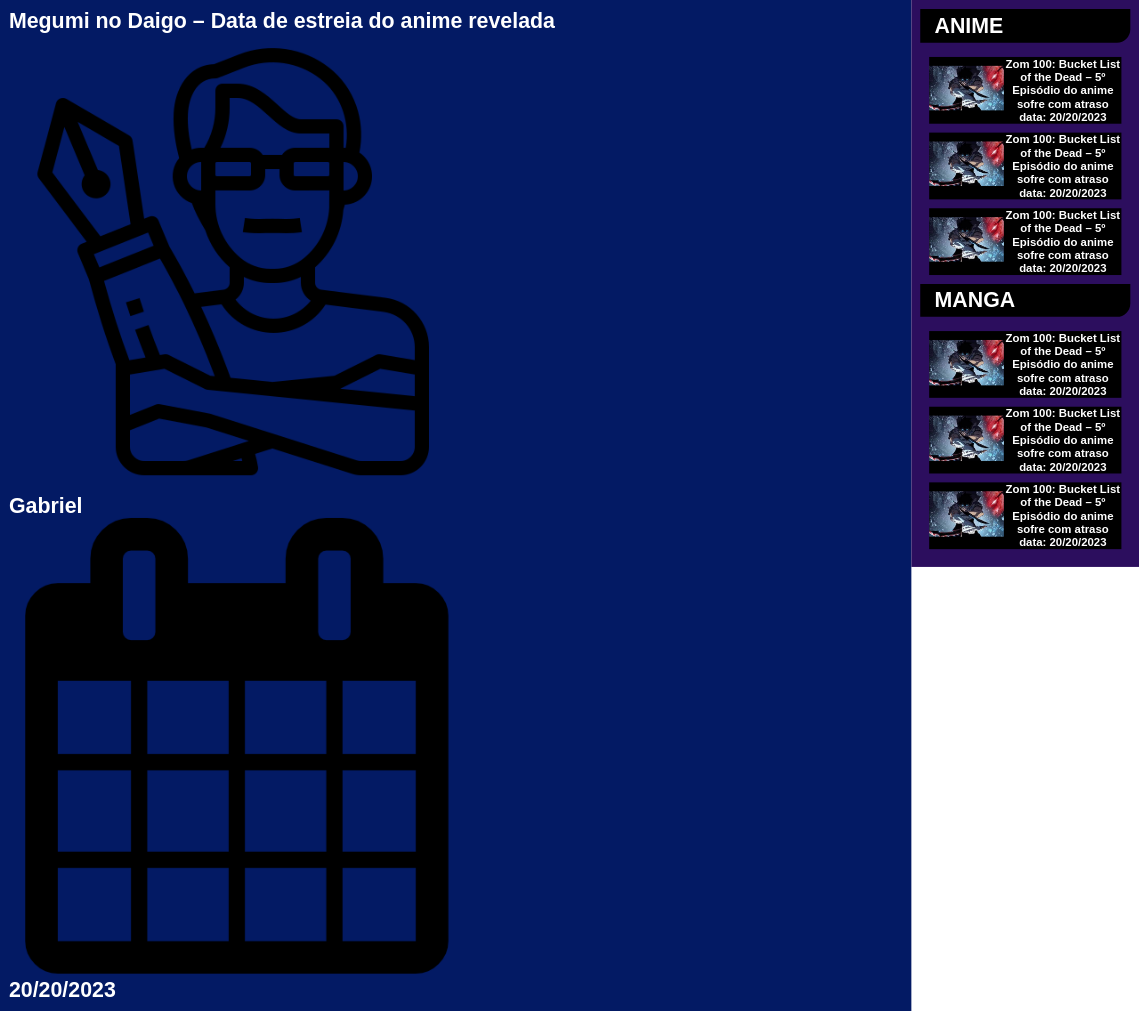
Repository: GabriellShi/blog-anime
Page: a-noticia.html
These files come from the project's save history. The page is drawn as it stood at one moment and after a run of saves; the edit follows.
The browser window is 1280 px wide. The pictures show the whole page, at 89% of full size.

Above is the page before, as saved 2023-08-03 22:58:04.

After the next 2 saves:
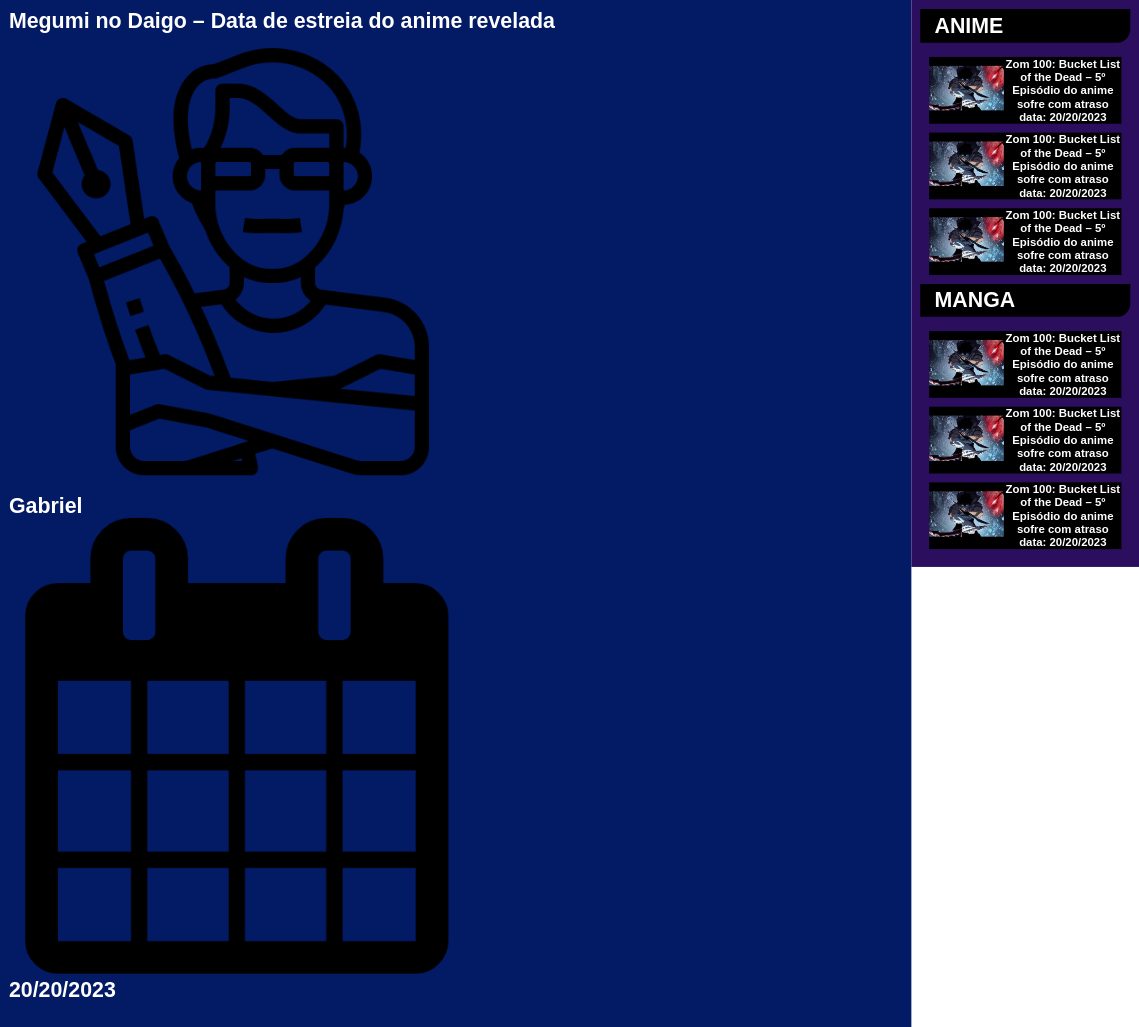
The 2 saves are shown as one change because they came seconds apart.
The last was saved 32 s later.
--- a/a-noticia.html
+++ b/a-noticia.html
@@ -20,6 +20,8 @@
                 <h2>20/20/2023</h2>
             </div>
         </div>
+
+        <div> <img src="" alt=""> </div>
     </section>
     <section class="lado-direito-pai">
         <h1 class="titulo-destaque-index">ANIME</h1>
